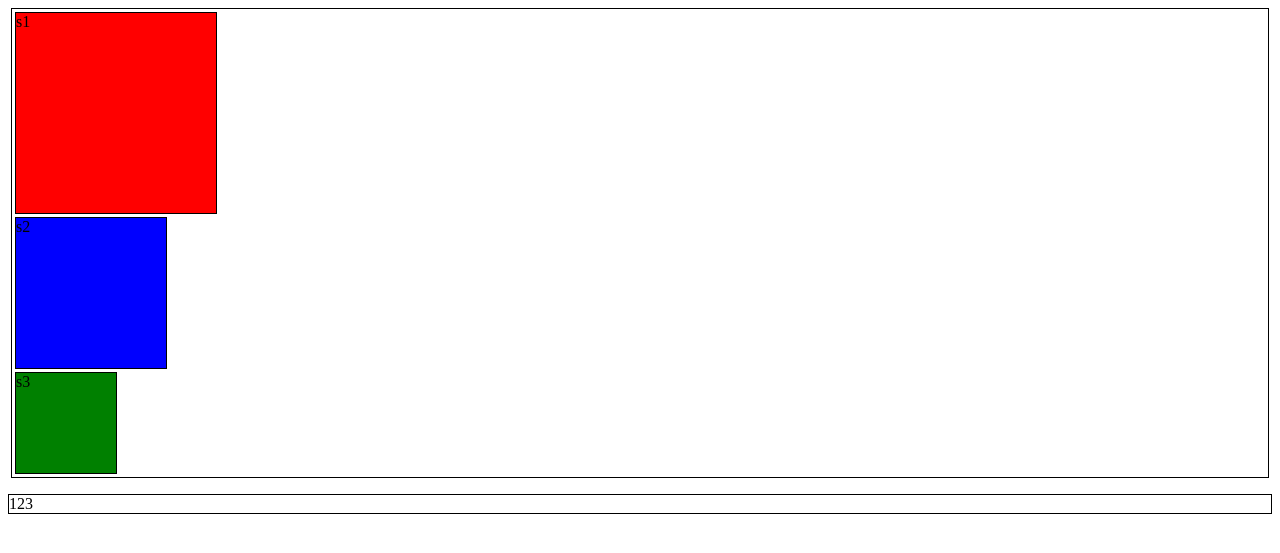
Repository: MasterKweng/workspace
Page: WebBasic/WebContent/Day02/右浮动.html
The author's editor kept a copy of each file at every save. The page is drawn from the files as they stood at one save, then again after the next save.
The browser window is 1280 px wide. The pictures show the whole page.

Above is the page before, as saved 2018-01-05 02:22:54.

After the next save:
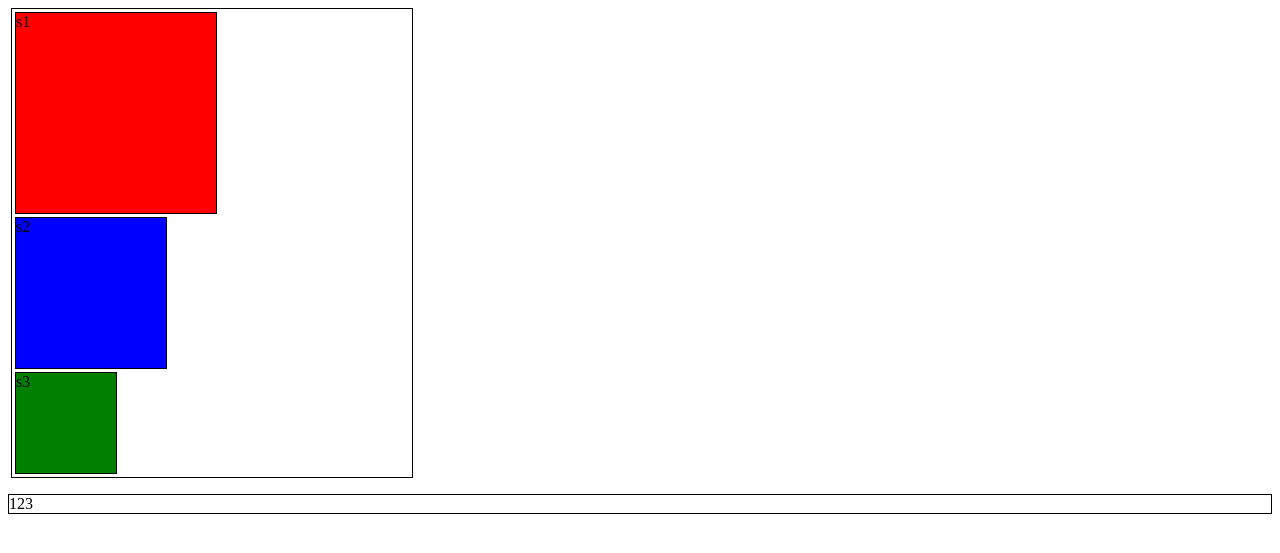
Saved 96 s later.
--- a/WebBasic/WebContent/Day02/右浮动.html
+++ b/WebBasic/WebContent/Day02/右浮动.html
@@ -8,7 +8,7 @@
 				border:1px solid #000;
 				margin:3px;
 			}
-			#outter{
+			#father{
 				width:400px;
 			}
 			#son1{
